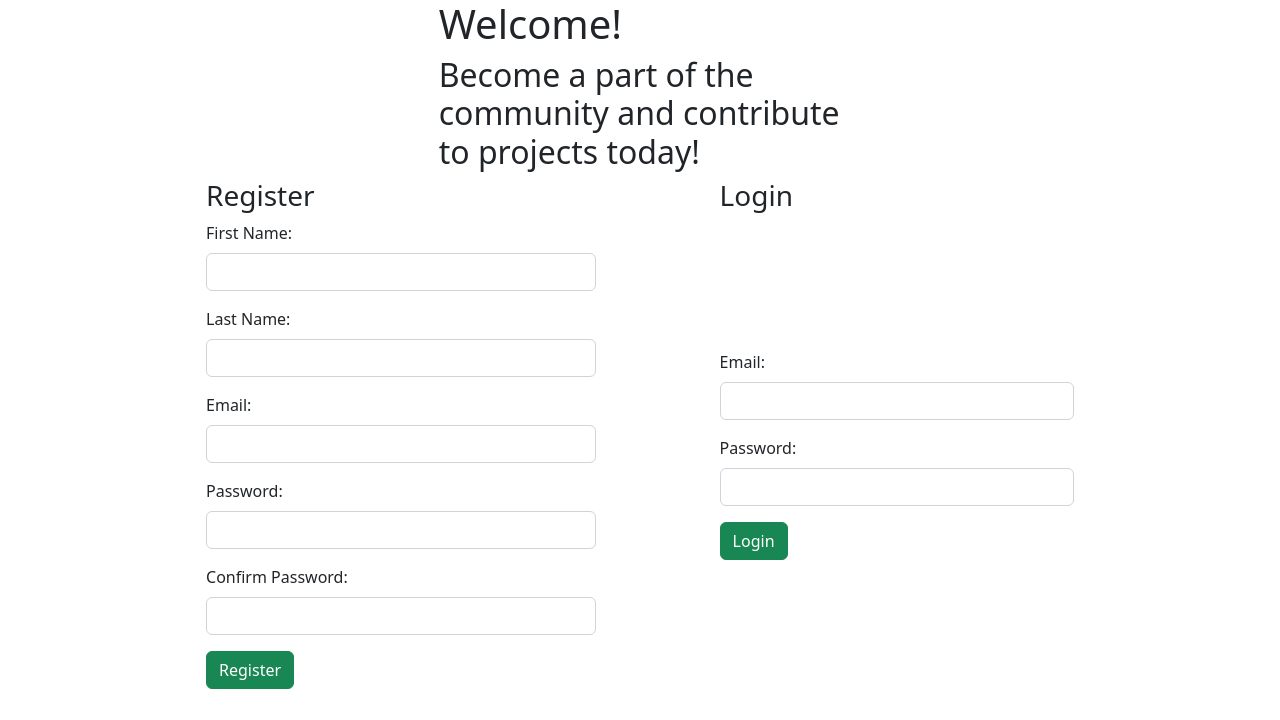
Repository: Watchitgo333/JavaTemplates
Page: http://localhost/ProjectManager/WEB-INF/Index.jsp
The author's editor kept a copy of each file at every save. The page is drawn from the files as they stood at one save, then again after the next save.
The browser window is 1280 px wide. The pictures show the whole page.
The page is served by Tomcat 9. Nobody is signed in. Other server files are loaded and not shown. The template is opened directly, without the code that normally fills it, so the values that code supplies are empty.

Above is the page before, as saved 2022-06-19 01:49:56.

### TemplateCode/ProjectManager/ProjectManager/src/main/webapp/WEB-INF/Index.jsp
<%@ page language="java" contentType="text/html; charset=UTF-8" pageEncoding="UTF-8"%>
<%@ taglib prefix="c" uri="http://java.sun.com/jsp/jstl/core"%>
<%@ taglib prefix="form" uri="http://www.springframework.org/tags/form" %>
<%@ page isErrorPage="true"%>
<!-- CSS only -->
<link href="https://cdn.jsdelivr.net/npm/bootstrap@5.2.0-beta1/dist/css/bootstrap.min.css" rel="stylesheet" integrity="sha384-0evHe/X+R7YkIZDRvuzKMRqM+OrBnVFBL6DOitfPri4tjfHxaWutUpFmBp4vmVor" crossorigin="anonymous">
<!DOCTYPE html>
<html>
<head>
<meta charset="UTF-8">
<title>Login & Registration</title>
</head>
<body>
	<div class="mx-auto row col-4">
		<h1>Welcome!</h1>
		<h2>Become a part of the community and contribute to projects today!</h2>
	</div>
	<div class="container d-flex justify-content-evenly">
		<div class="row">
			<h3>Register</h3>
			<form:form action="/register" method="POST" modelAttribute="newUser">
				<div class="mb-3">
					<form:label path="firstName" class="form-label">First Name:</form:label>
					<form:errors path="firstName"/>
					<form:input path="firstName" class="form-control"/>
				</div>
				<div class="mb-3">
					<form:label path="lastName" class="form-label">Last Name:</form:label>
					<form:errors path="lastName"/>
					<form:input path="lastName" class="form-control"/>
				</div>
				<div class="mb-3">
					<form:label path="email" class="form-label">Email:</form:label>
					<form:errors path="email"/>
					<form:input path="email" class="form-control"/>
				</div>
				<div class="mb-3">
					<form:label path="password" class="form-label">Password:</form:label>
					<form:errors path="password"/>
					<form:input path="password" type="password" class="form-control"/>
				</div>
				<div class="mb-3">
					<form:label path="confirm" class="form-label">Confirm Password:</form:label>
					<form:errors path="confirm"/>
					<form:input path="confirm" type="password" class="form-control"/>
				</div>
				<button class="btn btn-success" type="submit">Register</button>
			</form:form>
		</div>
		<div class="row">
			<h3>Login</h3>
			<form:form action="/login" method="POST" modelAttribute="newLogin">
				<div class="mb-3">
					<form:label path="email" class="form-label">Email:</form:label>
					<form:errors path="email"/>
					<form:input path="email" class="form-control"/>
				</div>
				<div class="mb-3">
					<form:label path="password" class="form-label">Password:</form:label>
					<form:errors path="password"/>
					<form:input path="password" type="password" class="form-control"/>
				</div>
				<button class="btn btn-success" type="submit">Login</button>
			</form:form>
		</div>
	</div>
</body>
</html>

After the next save:
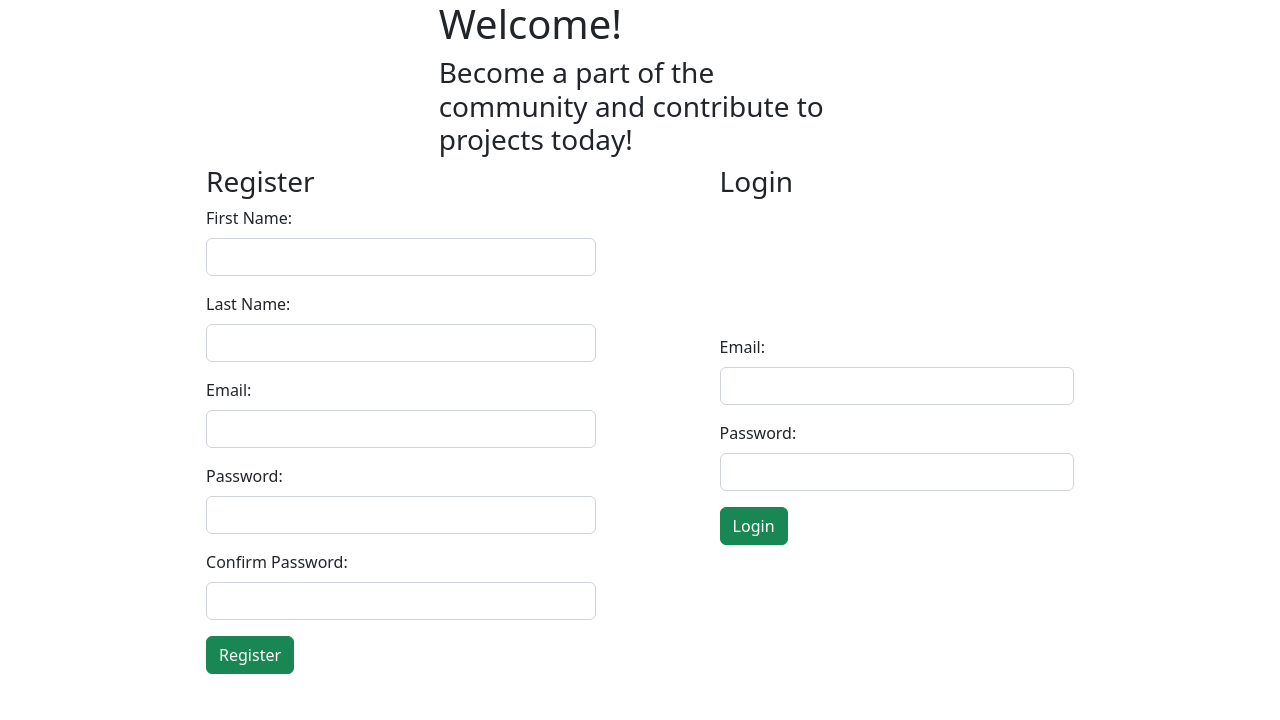
Saved 11 s later.
--- a/TemplateCode/ProjectManager/ProjectManager/src/main/webapp/WEB-INF/Index.jsp
+++ b/TemplateCode/ProjectManager/ProjectManager/src/main/webapp/WEB-INF/Index.jsp
@@ -13,7 +13,7 @@
 <body>
 	<div class="mx-auto row col-4">
 		<h1>Welcome!</h1>
-		<h2>Become a part of the community and contribute to projects today!</h2>
+		<h3>Become a part of the community and contribute to projects today!</h3>
 	</div>
 	<div class="container d-flex justify-content-evenly">
 		<div class="row">
